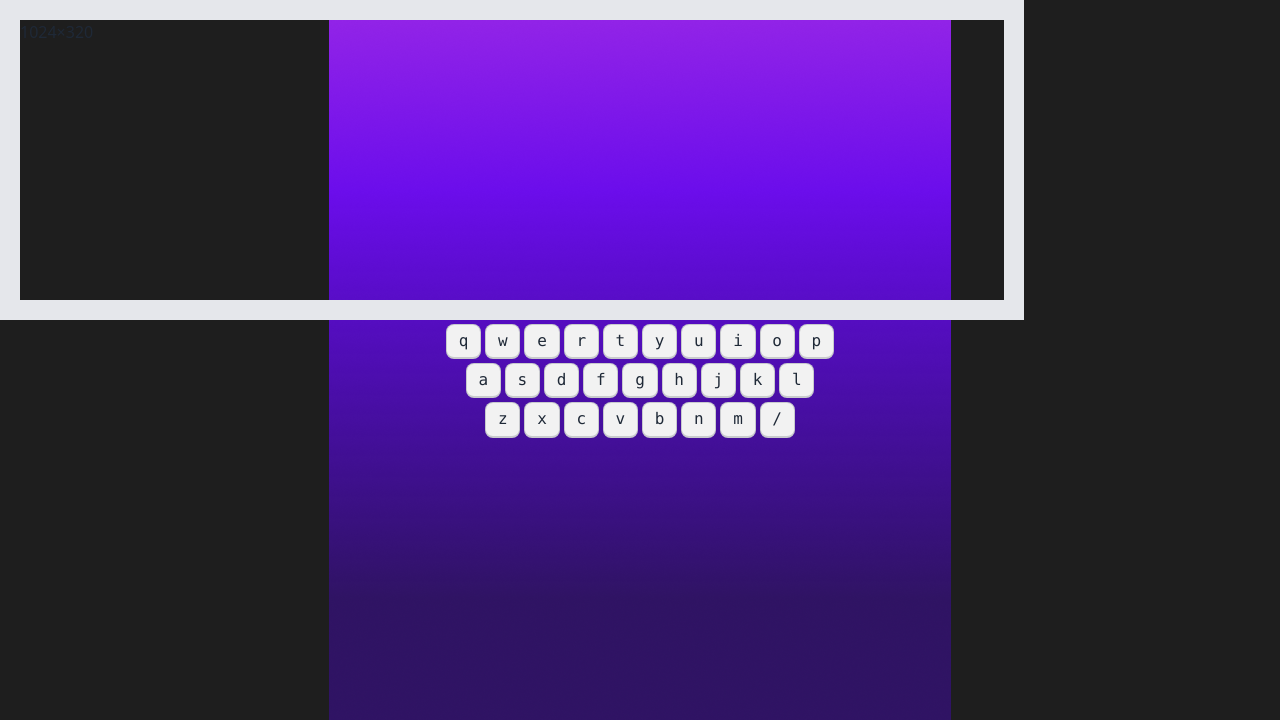
Repository: RudrasahaDibos/Alphabet-clash-
Page: index.html
An editor plug-in stored every save of this project. The page is shown before and after a run of saves, followed by the edit.
The browser window is 1280 px wide. The pictures show the whole page.
Some web fonts or font styles are not loaded; a fallback is used. Some web libraries are served in a nearby version.

Above is the page before, as saved 2024-11-04 11:54:31.

### index.html
<!DOCTYPE html>
<html lang="en">
    <head>
        <meta charset="UTF-8">
        <meta name="viewport" content="width=device-width, initial-scale=1.0">
        <title>Alphabet Clash</title>
        <!-- daisy apa -->
        <link
            href="https://cdn.jsdelivr.net/npm/daisyui@4.12.14/dist/full.min.css"
            rel="stylesheet" type="text/css" />
        <script src="https://cdn.tailwindcss.com"></script>

        <!-- custom css  -->
        <link rel="stylesheet" href="style.css">

    </head>
    <body>
        <main
            class="bg-[#1E1E1E] min-h-screen bg-[url(images/background.png)] bg-no-repeat bg-center ">
            <!-- home screen  start here -->
            <section class="min-h-screen flex justify-center items-center hidden">
                <div class="flex flex-col justify-center items-center gap-10 ">
                    <h1
                        class="text-white text-8xl font-extrabold anton-sc-regular uppercase ">ALPHABET
                        CLASH</h1>
                    <p class="text-white ">Unleash Your Keyboard Kung Fu : Press
                        “Enter” to Play</p>
                    <button class="btn bg-white text-black">Play Now </button>
                </div>
            </section>
            <!-- home screen end here -->
            <!-- midlle screen start here -->
            <section>
                    <!-- display screen start here -->
                    <div class="artboard artboard-horizontal phone-6 border-[20px]">
                        1024×320
                    </div>
                     <!-- dispaly screen end here -->

                     <!-- keyboard start here  -->
                               <div>
                                <div class="my-1 flex w-full justify-center gap-1">
                                    <kbd class="kbd">q</kbd>
                                    <kbd class="kbd">w</kbd>
                                    <kbd class="kbd">e</kbd>
                                    <kbd class="kbd">r</kbd>
                                    <kbd class="kbd">t</kbd>
                                    <kbd class="kbd">y</kbd>
                                    <kbd class="kbd">u</kbd>
                                    <kbd class="kbd">i</kbd>
                                    <kbd class="kbd">o</kbd>
                                    <kbd class="kbd">p</kbd>
                                  </div>
                                  <div class="my-1 flex w-full justify-center gap-1">
                                    <kbd class="kbd">a</kbd>
                                    <kbd class="kbd">s</kbd>
                                    <kbd class="kbd">d</kbd>
                                    <kbd class="kbd">f</kbd>
                                    <kbd class="kbd">g</kbd>
                                    <kbd class="kbd">h</kbd>
                                    <kbd class="kbd">j</kbd>
                                    <kbd class="kbd">k</kbd>
                                    <kbd class="kbd">l</kbd>
                                  </div>
                                  <div class="my-1 flex w-full justify-center gap-1">
                                    <kbd class="kbd">z</kbd>
                                    <kbd class="kbd">x</kbd>
                                    <kbd class="kbd">c</kbd>
                                    <kbd class="kbd">v</kbd>
                                    <kbd class="kbd">b</kbd>
                                    <kbd class="kbd">n</kbd>
                                    <kbd class="kbd">m</kbd>
                                    <kbd class="kbd">/</kbd>
                                  </div>
                               </div>
                      <!-- keyboard end here -->

                      <!-- life and scrore button here -->

                      <!-- life and scrore button end here -->
            </section>
            <!-- midlle screen end here -->
             <!-- last screen start here -->
            <section>

            </section>
            <!-- last screen end here -->
        </main>
    </body>
</html>

### style.css


@import url('https://fonts.googleapis.com/css2?family=Anton+SC&family=Manrope:wght@200..800&display=swap');


.font-manrope {
    font-family: "Manrope", serif;
  }

  .anton-sc-regular {
    font-family: "Anton SC", sans-serif;
  }

After the next 4 saves:
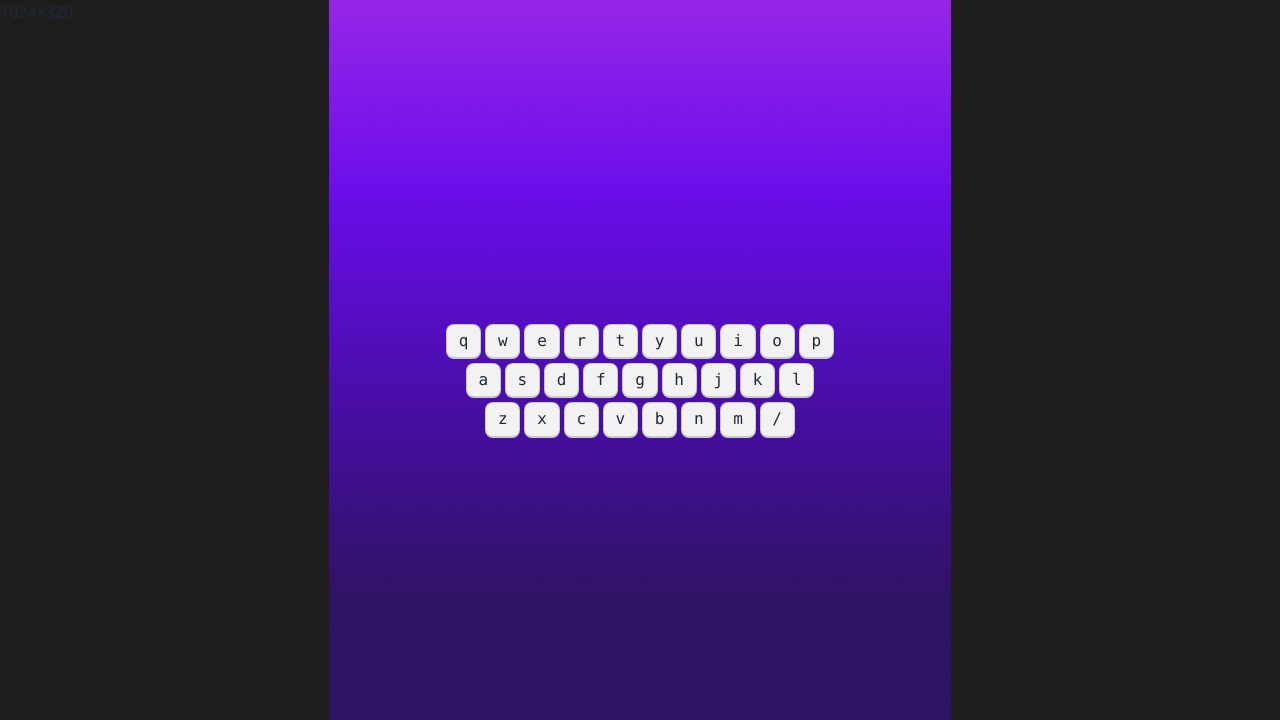
The 4 saves are shown as one change because they came seconds apart.
The last was saved 14 s later.
--- a/index.html
+++ b/index.html
@@ -32,7 +32,7 @@
             <!-- midlle screen start here -->
             <section>
                     <!-- display screen start here -->
-                    <div class="artboard artboard-horizontal phone-6 border-[20px]">
+                    <div class="artboard artboard-horizontal phone-6 border-[20px border-]">
                         1024×320
                     </div>
                      <!-- dispaly screen end here -->

After the 3 saves that followed:
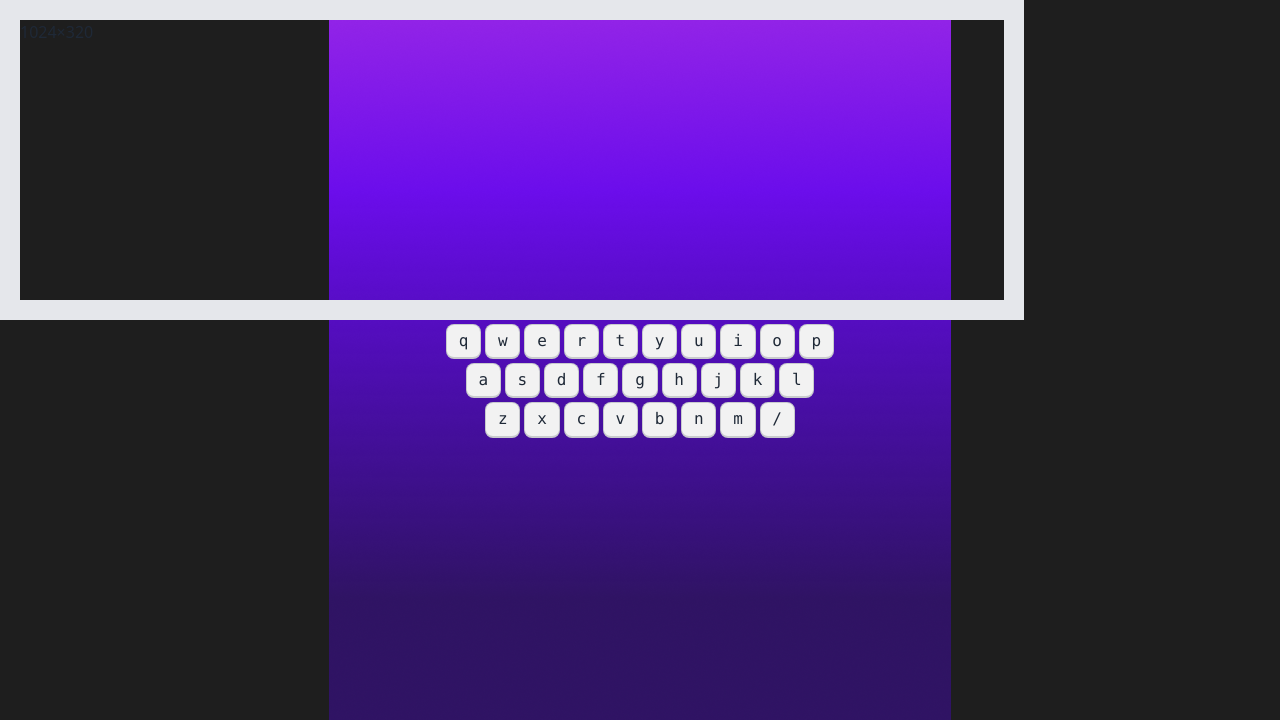
The 3 saves are shown as one change because they came seconds apart.
The last was saved 9 s later.
--- a/index.html
+++ b/index.html
@@ -32,7 +32,7 @@
             <!-- midlle screen start here -->
             <section>
                     <!-- display screen start here -->
-                    <div class="artboard artboard-horizontal phone-6 border-[20px border-]">
+                    <div class="artboard artboard-horizontal phone-6 border-[20px]">
                         1024×320
                     </div>
                      <!-- dispaly screen end here -->
